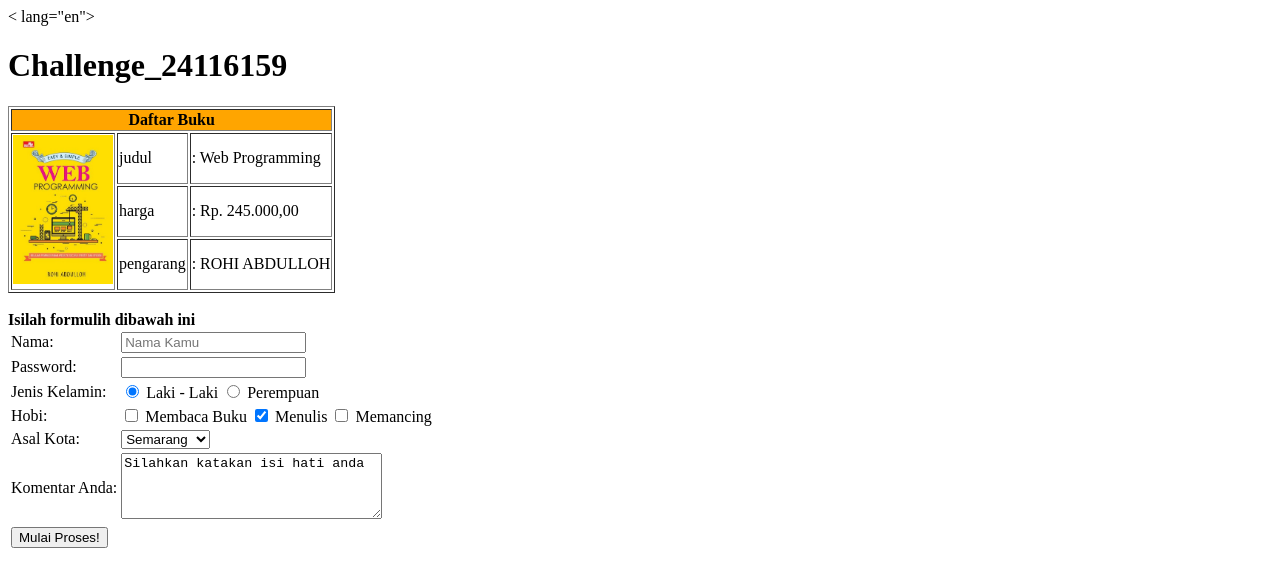
Repository: Nabils27/challenge-html
Page: Challenge_24.11.6159.html
An editor plug-in stored every save of this project. The page is shown before and after a run of saves, followed by the edit.
The browser window is 1280 px wide. The pictures show the whole page.

Above is the page before, as saved 2026-04-20 11:10:41.

### Challenge_24.11.6159.html
<!DOCTYPE html>
< lang="en">
<head>
    <title>Challenge_24116159</title>
</head>
<body>
    <h1>Challenge_24116159</h1>
    <!-- Tabel Daftar Buku -->
    <table border="1">
        <tr>
            <th colspan="3" bgcolor="orange">Daftar Buku</th>
        </tr>
        <tr>
            <td rowspan="3"><img src="321.jpg" width="100"></td>
            <td>judul</td>
            <td>: Web Programming</td>
        </tr>
        <tr>
            <td>harga</td>
            <td>: Rp. 245.000,00</td>
        </tr>
        <tr>
            <td>pengarang</td>
            <td>: ROHI ABDULLOH</td>
        </tr>
    </table>
    <br>
    <!-- Form -->
    <form method="post" action="">
        <b>Isilah formulih dibawah ini</b>
        <table>
            <tr>
                <td>Nama:</td>
                <td><input type="text" name="nama" placeholder="Nama Kamu"></td>
            </tr>
            <tr>
                <td>Password:</td>
                <td><input type="password" name="password"></td>
            </tr>
            <tr>
                <td>Jenis Kelamin:</td>
                <td>
                    <input type="radio" name="jk" value="laki" checked> Laki - Laki
                    <input type="radio" name="jk" value="perempuan"> Perempuan
                </td>
            </tr>
            <tr>
                <td>Hobi:</td>
                <td>
                    <input type="checkbox" name="hobi" value="membaca"> Membaca Buku
                    <input type="checkbox" name="hobi" value="menulis" checked> Menulis
                    <input type="checkbox" name="hobi" value="memancing"> Memancing
                </td>
            </tr>
            <tr>
                <td>Asal Kota:</td>
                <td>
                    <select name="kota">
                        <option value="semarang">Semarang</option>
                        <option value="jakarta">Jakarta</option>
                        <option value="yogyakarta">Yogyakarta</option>
                        <option value="surabaya">Surabaya</option>
                    </select>
                </td>
            </tr>
            <tr>
                <td>Komentar Anda:</td>
                <td>
                    <textarea name="komentar" rows="4" cols="30">Silahkan katakan isi hati anda</textarea>
                </td>
            </tr>
            <tr>
                <td colspan="2">
                    <input type="submit" value="Mulai Proses!">
                </td>
            </tr>
        </table>
    </form>
</body>
</html>

After the next 2 saves:
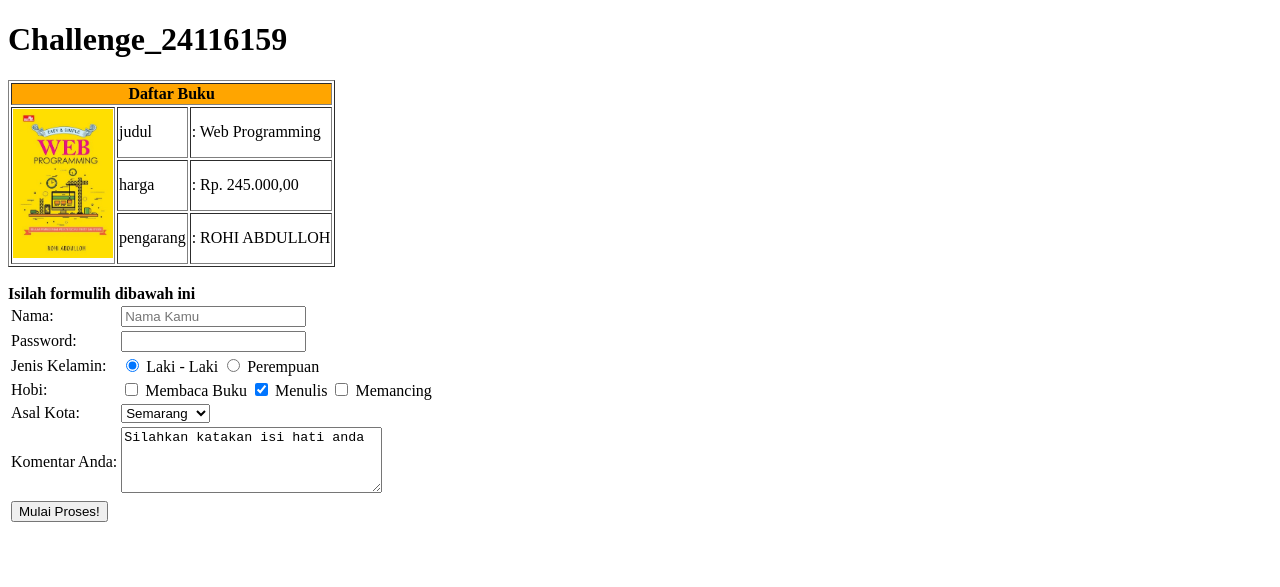
The 2 saves are shown as one change because they came seconds apart.
The last was saved 8 s later.
--- a/Challenge_24.11.6159.html
+++ b/Challenge_24.11.6159.html
@@ -1,5 +1,5 @@
 <!DOCTYPE html>
-< lang="en">
+<html< lang="en">
 <head>
     <title>Challenge_24116159</title>
 </head>
